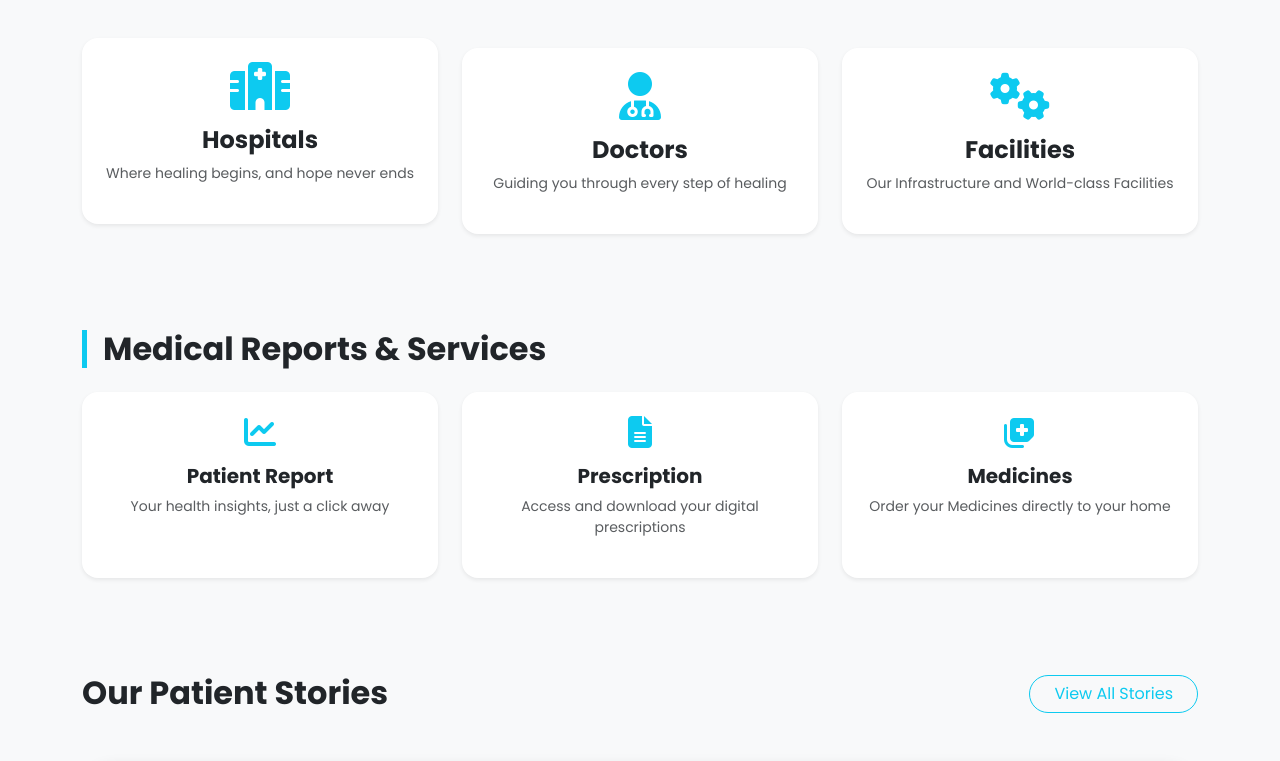
Repository: Rajasekaran0415/LifeCare-Management-System
Page: Project/index.html
These files come from the project's save history. The page is drawn as it stood at one moment and after the next save; the edit follows.
The browser window is 1280 px wide. The pictures show the part of the page from y = 591 to 1352 px (the page is 2436 px tall).
The pointer rests on the first visible `.hover-card`.
Pictures or frames that could not be fetched are drawn as grey boxes.

Above is the page before, as saved 2026-01-09 22:12:01.

### Project/index.html
<!DOCTYPE html>
<html lang="en">
<head>
    <meta charset="UTF-8">
    <meta name="viewport" content="width=device-width, initial-scale=1.0">
    <title>LifeCare HomePage</title>
    <link href="https://fonts.googleapis.com/css2?family=Poppins:wght@300;400;600;700&display=swap" rel="stylesheet">
    <link href="https://cdn.jsdelivr.net/npm/bootstrap@5.3.2/dist/css/bootstrap.min.css" rel="stylesheet">
    <link rel="stylesheet" href="https://cdnjs.cloudflare.com/ajax/libs/font-awesome/6.4.0/css/all.min.css">
    <link rel="stylesheet" href="https://cdnjs.cloudflare.com/ajax/libs/animate.css/4.1.1/animate.min.css"/>

    <style>
        body { font-family: 'Poppins', sans-serif; background-color: #f8f9fa; }
        .hero-bg {
            background: linear-gradient(to bottom, rgba(0,0,0,0.6), rgba(0,0,0,0.4)),
                        url('https://i.pinimg.com/736x/13/72/7c/13727ce57a9d2e26e7c582dc60369b36.jpg');
            background-size: cover; background-position: center; height: 70vh;
        }
        /* Custom hover effect for your cards */
        .hover-card:hover { transform: translateY(-10px); transition: 0.3s; }
    </style>
</head>
<body>

<nav class="navbar navbar-expand-lg navbar-light bg-white sticky-top shadow-sm py-3">
    <div class="container">
        <a class="navbar-brand d-flex align-items-center fw-bold fs-4" href="index.html">
          <img src="logo.png" alt="..." height="45" class="me-2">LifeCare
        </a>
        <button class="navbar-toggler" type="button" data-bs-toggle="collapse" data-bs-target="#navbarNav">
            <span class="navbar-toggler-icon"></span>
        </button>
        <div class="collapse navbar-collapse" id="navbarNav">
            <ul class="navbar-nav ms-auto gap-2">
                <li class="nav-item"><a href="index.html" class="nav-link active">Home</a></li>
                <li class="nav-item"><a href="doctors.html" class="nav-link">Doctors</a></li>
                <li class="nav-item"><a href="profile.html" class="nav-link">Profile</a></li>
                <li class="nav-item"><a href="inbox.html" class="nav-link">Inbox</a></li>
                <li class="nav-item ms-lg-3"><a href="login.html" class="btn btn-outline-info rounded-pill px-4">Login</a></li>
                <li class="nav-item"><a href="signup.html" class="btn btn-info bg-gradient text-white rounded-pill px-4">Sign-up</a></li>
            </ul>
        </div>
    </div>
</nav>

<section class="hero-bg d-flex align-items-center text-white text-center">
    <div class="container animate__animated animate__fadeIn">
        <h1 class="display-3 fw-bold mb-3">Better Care for a Better Tomorrow</h1>
        <p class="lead mb-4 opacity-75">Our goal is to build healthier futures with expert care, trust, and innovation</p>
        <a href="bookAppointment.html" class="btn btn-info btn-lg bg-gradient text-white rounded-pill px-5 shadow">Book Appointment</a>
    </div>
</section>

<div class="container py-5 mt-n5">
    <div class="row g-4 justify-content-center">
        <div class="col-md-4">
            <a href="hospital.html" class="text-decoration-none h-100">
                <div class="card h-100 border-0 shadow-sm rounded-4 p-4 text-center hover-card animate__animated animate__zoomIn">
                    <i class="fa-solid fa-hospital fa-3x text-info mb-3"></i>
                    <h4 class="text-dark fw-bold">Hospitals</h4>
                    <p class="text-muted small">Where healing begins, and hope never ends</p>
                </div>
            </a>
        </div>
        <div class="col-md-4">
            <a href="doctors.html" class="text-decoration-none h-100">
                <div class="card h-100 border-0 shadow-sm rounded-4 p-4 text-center hover-card animate__animated animate__zoomIn animate__delay-1s">
                    <i class="fas fa-user-md fa-3x text-info mb-3"></i>
                    <h4 class="text-dark fw-bold">Doctors</h4>
                    <p class="text-muted small">Guiding you through every step of healing</p>
                </div>
            </a>
        </div>
        <div class="col-md-4">
            <a href="facilities.html" class="text-decoration-none h-100">
                <div class="card h-100 border-0 shadow-sm rounded-4 p-4 text-center hover-card animate__animated animate__zoomIn animate__delay-2s">
                    <i class="fas fa-cogs fa-3x text-info mb-3"></i>
                    <h4 class="text-dark fw-bold">Facilities</h4>
                    <p class="text-muted small">Our Infrastructure and World-class Facilities</p>
                </div>
            </a>
        </div>
    </div>
</div>

<div class="container py-5">
    <h2 class="fw-bold mb-4 border-start border-info border-5 ps-3">Medical Reports & Services</h2>
    <div class="row g-4">
        <div class="col-md-4">
            <div class="card border-0 shadow-sm rounded-4 p-4 text-center h-100 bg-white">
                <a href="patientreport.html" class="text-decoration-none">
                    <i class="fas fa-chart-line fa-2x text-info mb-3"></i>
                    <h5 class="text-dark fw-bold">Patient Report</h5>
                    <p class="text-muted small">Your health insights, just a click away</p>
                </a>
            </div>
        </div>
        <div class="col-md-4">
            <div class="card border-0 shadow-sm rounded-4 p-4 text-center h-100 bg-white">
                <a href="prescription.html" class="text-decoration-none">
                    <i class="fas fa-file-alt fa-2x text-info mb-3"></i>
                    <h5 class="text-dark fw-bold">Prescription</h5>
                    <p class="text-muted small">Access and download your digital prescriptions</p>
                </a>
            </div>
        </div>
        <div class="col-md-4">
            <div class="card border-0 shadow-sm rounded-4 p-4 text-center h-100 bg-white">
                <i class="fas fa-notes-medical fa-2x text-info mb-3"></i>
                <h5 class="text-dark fw-bold">Medicines</h5>
                <p class="text-muted small">Order your Medicines directly to your home</p>
            </div>
        </div>
    </div>
</div>

<section class="container py-5 mb-5">
    <div class="d-flex justify-content-between align-items-end mb-5">
        <h2 class="fw-bold m-0">Our Patient Stories</h2>
        <a href="viewall.html" class="btn btn-outline-info rounded-pill px-4">View All Stories</a>
    </div>

    <div class="row align-items-center g-0 bg-white shadow rounded-5 overflow-hidden mb-5 animate__animated animate__fadeInLeft">
        <div class="col-md-4">
            <img src="https://i.pinimg.com/736x/4f/6f/b6/4f6fb681f4df3d3f47611939044ee90b.jpg" alt="Ravi" class="img-fluid w-100" style="height: 350px; object-fit: cover;">
        </div>
        <div class="col-md-8 p-4 p-lg-5 bg-info bg-gradient text-white">
            <h3 class="fw-bold">Early Diabetes Detection</h3>
            <h5 class="fw-light mb-3">Ravi Kumar, 66</h5>
            <p class="opacity-90">"I just had a mild headache and went for a basic health checkup. The lab tests found high blood sugar levels I never knew I had. Thanks to early detection, I’m now managing my health with the right treatment..."</p>
        </div>
    </div>

    <div class="row align-items-center g-0 bg-white shadow rounded-5 overflow-hidden flex-md-row-reverse animate__animated animate__fadeInRight">
        <div class="col-md-4">
            <img src="https://i.pinimg.com/1200x/1b/e0/ab/1be0abc1a59235efb732b06a05f57e02.jpg" alt="Shanthi" class="img-fluid w-100" style="height: 350px; object-fit: cover;">
        </div>
        <div class="col-md-8 p-4 p-lg-5 bg-primary bg-gradient text-white">
            <h3 class="fw-bold">Chest Pain Wasn’t Just Stress</h3>
            <h5 class="fw-light mb-3">Shanthi Devi, 68</h5>
            <p class="opacity-90">"I thought my chest discomfort was just anxiety, but the doctors insisted on a heart scan. It showed early signs of blockage. Immediate care saved me from a major heart attack..."</p>
        </div>
    </div>
</section>

<footer class="bg-dark text-white pt-5 pb-3">
    <div class="container">
        <div class="row g-4 mb-4">
            <div class="col-lg-3">
                <h4 class="fw-bold text-info">LifeCare</h4>
                <p class="text-secondary small">Your trusted partner in health and wellness since 2025.</p>
            </div>
            <div class="col-6 col-lg-3">
                <h6 class="fw-bold">Quick Links</h6>
                <ul class="list-unstyled text-secondary small">
                    <li><a href="index.html" class="text-reset text-decoration-none">Home</a></li>
                    <li><a href="#" class="text-reset text-decoration-none">About Us</a></li>
                    <li><a href="#" class="text-reset text-decoration-none">Contact</a></li>
                </ul>
            </div>
            <div class="col-6 col-lg-3">
                <h6 class="fw-bold">Contact Us</h6>
                <p class="text-secondary small mb-1">contact@lifecare.com</p>
                <p class="text-secondary small mb-1">+91 98765 43210</p>
                <p class="text-secondary small">Chennai, Tamil Nadu, India</p>
            </div>
            <div class="col-lg-3">
                <h6 class="fw-bold">Follow Us</h6>
                <div class="d-flex gap-3 fs-5">
                    <i class="fab fa-facebook text-info"></i>
                    <i class="fab fa-instagram text-info"></i>
                </div>
            </div>
        </div>
        <div class="border-top border-secondary pt-3 text-center">
            <p class="small text-secondary mb-0">&copy; 2026 LifeCare. All rights reserved.</p>
        </div>
    </div>
</footer>

<script src="https://cdn.jsdelivr.net/npm/bootstrap@5.3.2/dist/js/bootstrap.bundle.min.js"></script>
</body>
</html>

After the next save:
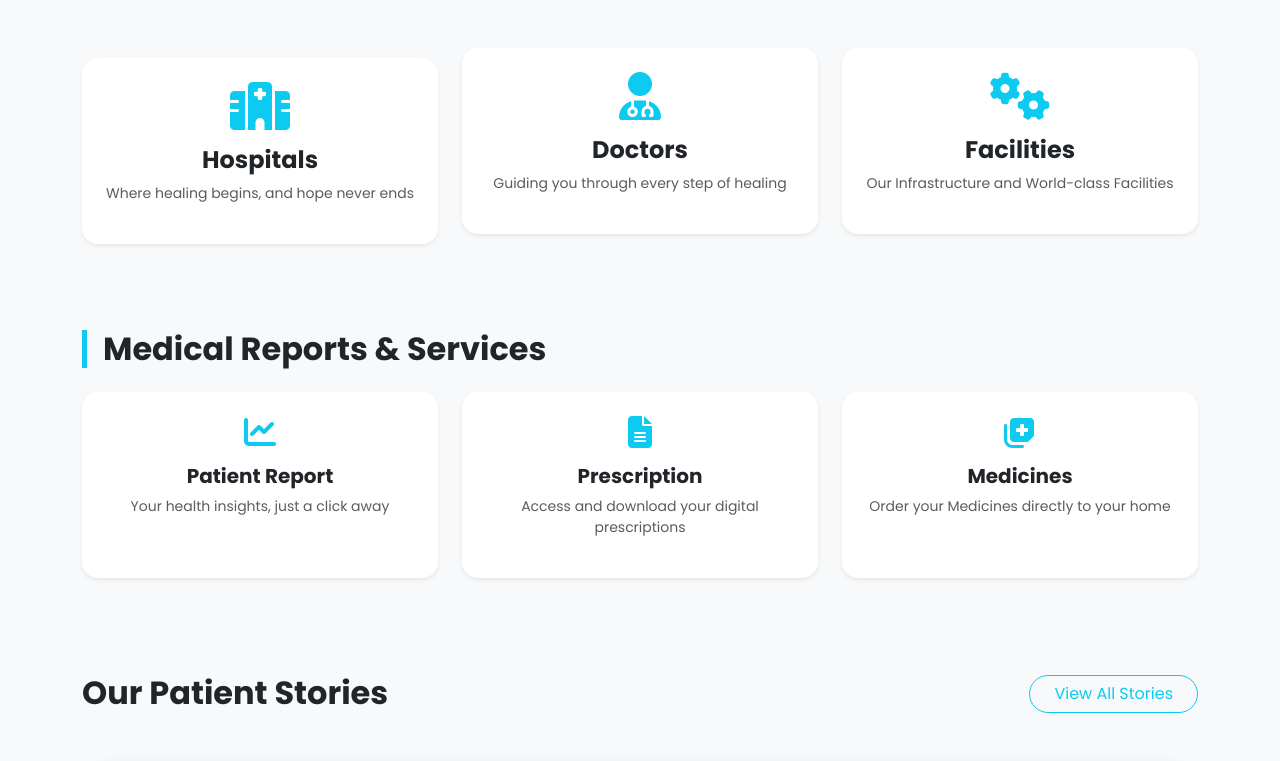
Saved 2 days later.
--- a/Project/index.html
+++ b/Project/index.html
@@ -17,7 +17,7 @@
             background-size: cover; background-position: center; height: 70vh;
         }
         /* Custom hover effect for your cards */
-        .hover-card:hover { transform: translateY(-10px); transition: 0.3s; }
+        .hover-card:hover { transform: translateY(+10px); transition: 0.3s; }
     </style>
 </head>
 <body>

After the save that followed:
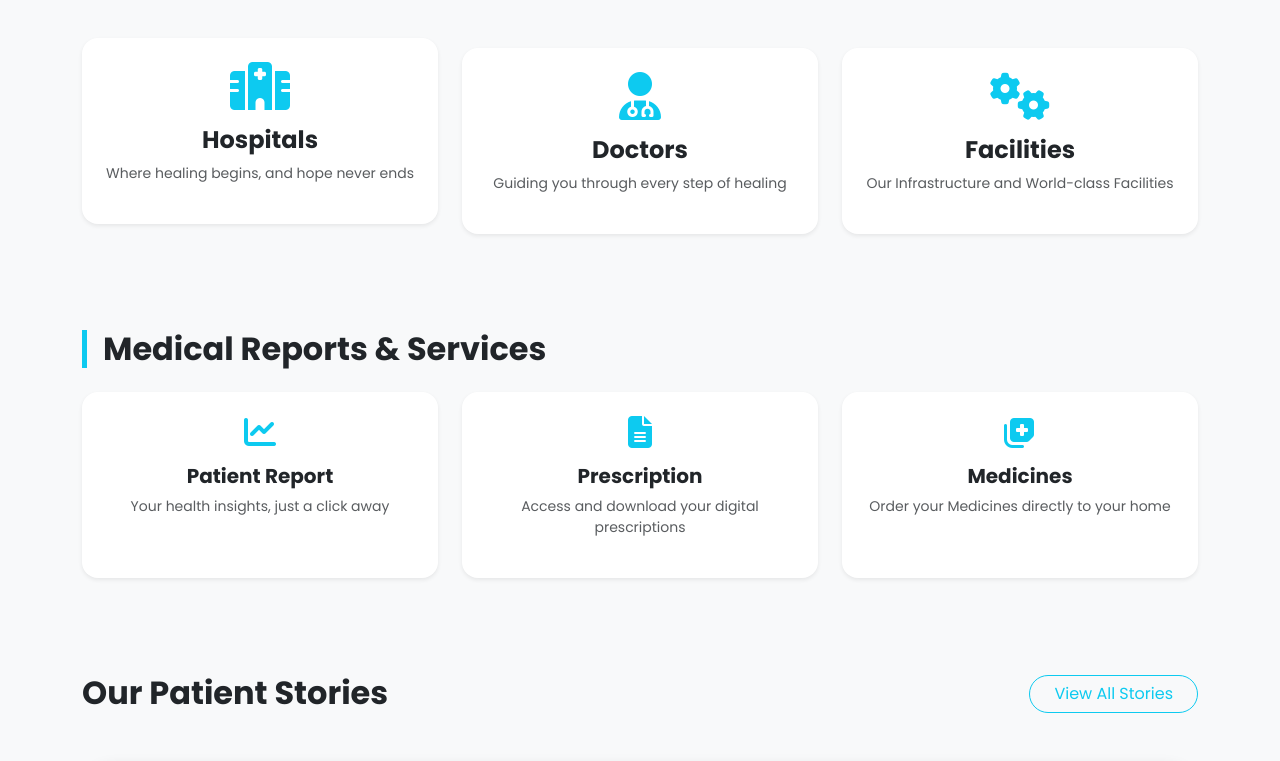
Saved 38 s later.
--- a/Project/index.html
+++ b/Project/index.html
@@ -17,7 +17,7 @@
             background-size: cover; background-position: center; height: 70vh;
         }
         /* Custom hover effect for your cards */
-        .hover-card:hover { transform: translateY(+10px); transition: 0.3s; }
+        .hover-card:hover { transform: translateY(-10px); transition: 0.4s; }
     </style>
 </head>
 <body>
